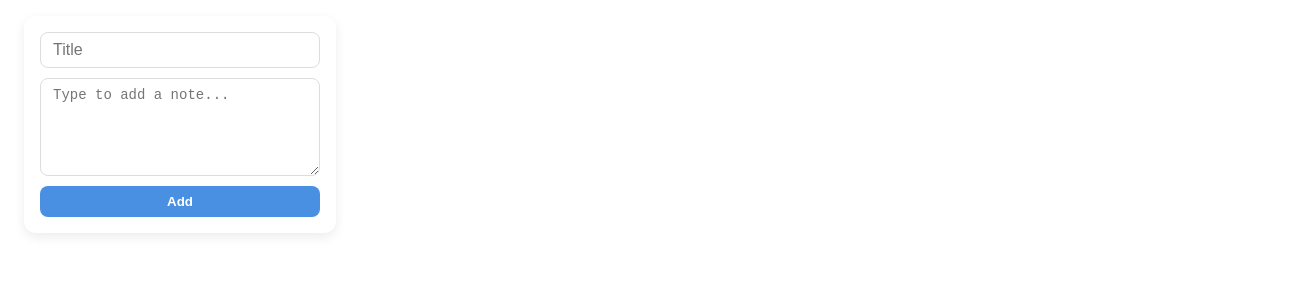
Repository: AJANI2005/Notes-App
Page: /
These files come from the project's save history. The page is drawn as it stood at one moment and after the next save; the edit follows.
The browser window is 1280 px wide. The page is 1280 px wide, then 1304 px, then 1280 px, so the pictures cover 1304 px, including what lies to the right of the window. The pictures show the whole page.
The project was rebuilt for these pictures with package versions that can differ from the ones it lists, and the page was loaded fresh each time. Also part of the build but not shown: vite.config.ts.

Above is the page before, as saved 2025-07-31 17:36:52.

After the next save:
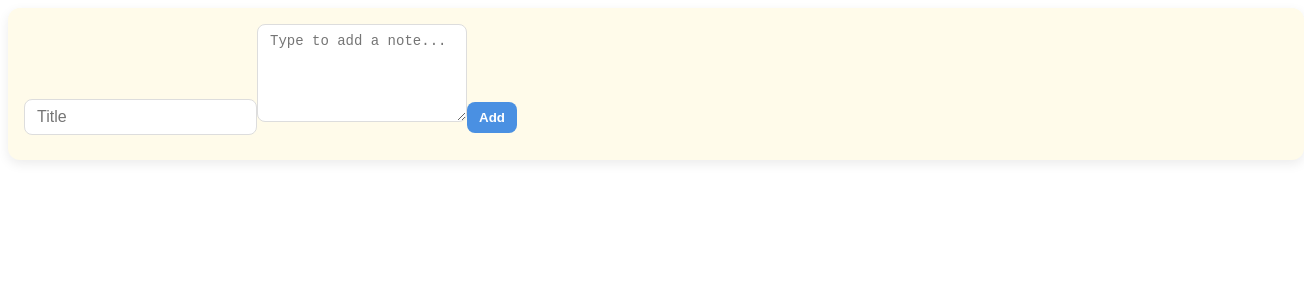
Saved 20 s later.
--- a/src/App.css
+++ b/src/App.css
@@ -1,15 +1,15 @@
 /* Container Form */
 .note {
-  display: flex;
-  flex-direction: column;
-  gap: 10px;
+  position: relative; /* enable absolute positioning inside */
+  background: #fffbea;
+  border-radius: 12px;
   padding: 16px;
-  width: 280px;
-  background-color: #ffffff;
-  border-radius: 12px;
+  width: 100%;
+  min-height: 120px;
   box-shadow: 0 4px 12px rgba(0, 0, 0, 0.08);
-  transition: box-shadow 0.2s ease;
-  margin: 16px;
+  transition: transform 0.15s ease, box-shadow 0.15s ease;
+  overflow-wrap: break-word;
+  white-space: pre-wrap;
 }
 
 .note:hover {

After the save that followed:
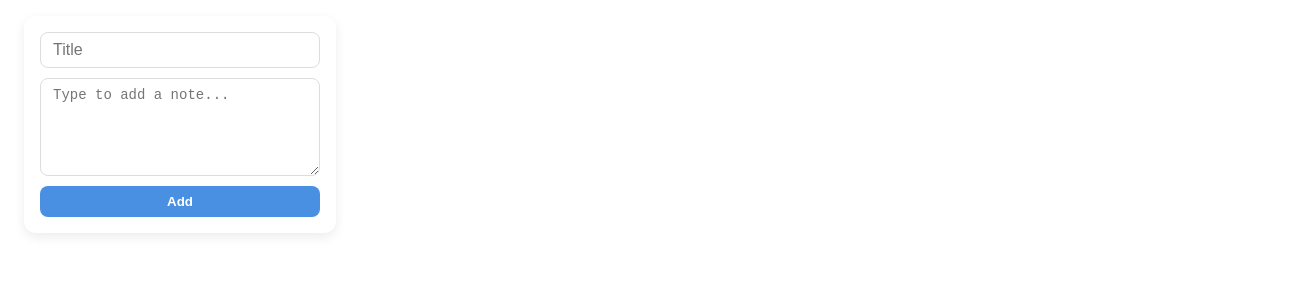
Saved 4 s later.
--- a/src/App.css
+++ b/src/App.css
@@ -1,15 +1,15 @@
 /* Container Form */
 .note {
-  position: relative; /* enable absolute positioning inside */
-  background: #fffbea;
+  display: flex;
+  flex-direction: column;
+  gap: 10px;
+  padding: 16px;
+  width: 280px;
+  background-color: #ffffff;
   border-radius: 12px;
-  padding: 16px;
-  width: 100%;
-  min-height: 120px;
   box-shadow: 0 4px 12px rgba(0, 0, 0, 0.08);
-  transition: transform 0.15s ease, box-shadow 0.15s ease;
-  overflow-wrap: break-word;
-  white-space: pre-wrap;
+  transition: box-shadow 0.2s ease;
+  margin: 16px;
 }
 
 .note:hover {
